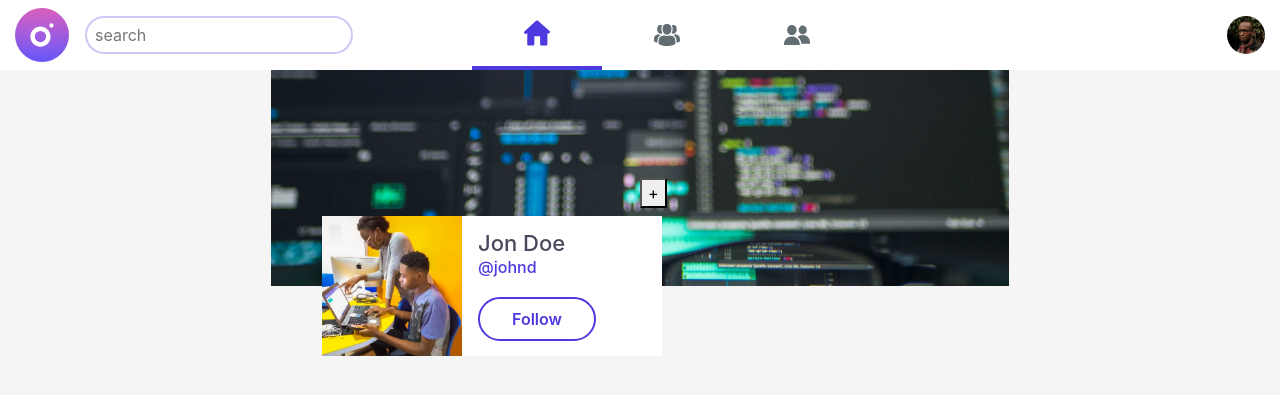
Repository: Flovet-stack/memic
Page: admin-profile.html
The author's editor kept a copy of each file at every save. The page is drawn from the files as they stood at one save, then again after the next save.
The browser window is 1280 px wide. The pictures show the whole page.
Some web fonts or font styles are not loaded; a fallback is used.

Above is the page before, as saved 2020-10-27 23:40:34.
Console error: TypeError: Cannot read properties of undefined (reading 'fn')

After the next save:
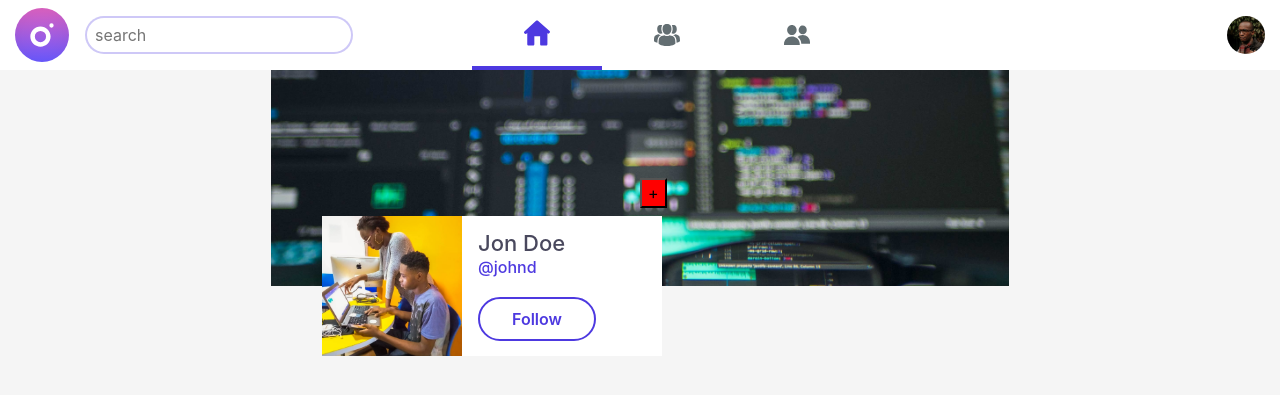
Saved 5 s later.
--- a/css/admin-profile.css
+++ b/css/admin-profile.css
@@ -51,8 +51,7 @@
 }
 .change-cover-btn {
     position: absolute;
-    background-color: red !
-    ;
+    background-color: red !important;
     left: 50%;
     top: 50%;
 }

After the save that followed:
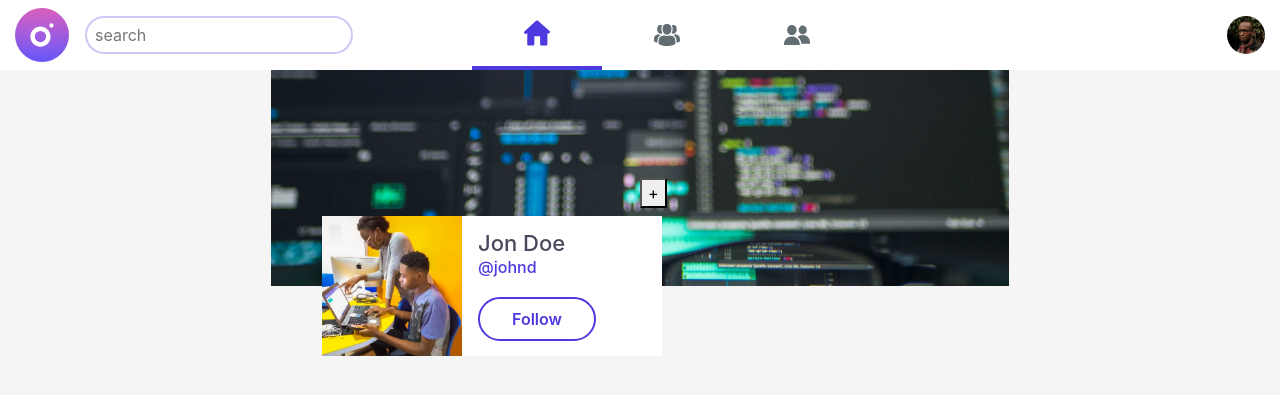
Saved 11 s later.
--- a/css/admin-profile.css
+++ b/css/admin-profile.css
@@ -51,7 +51,6 @@
 }
 .change-cover-btn {
     position: absolute;
-    background-color: red !important;
     left: 50%;
     top: 50%;
 }
